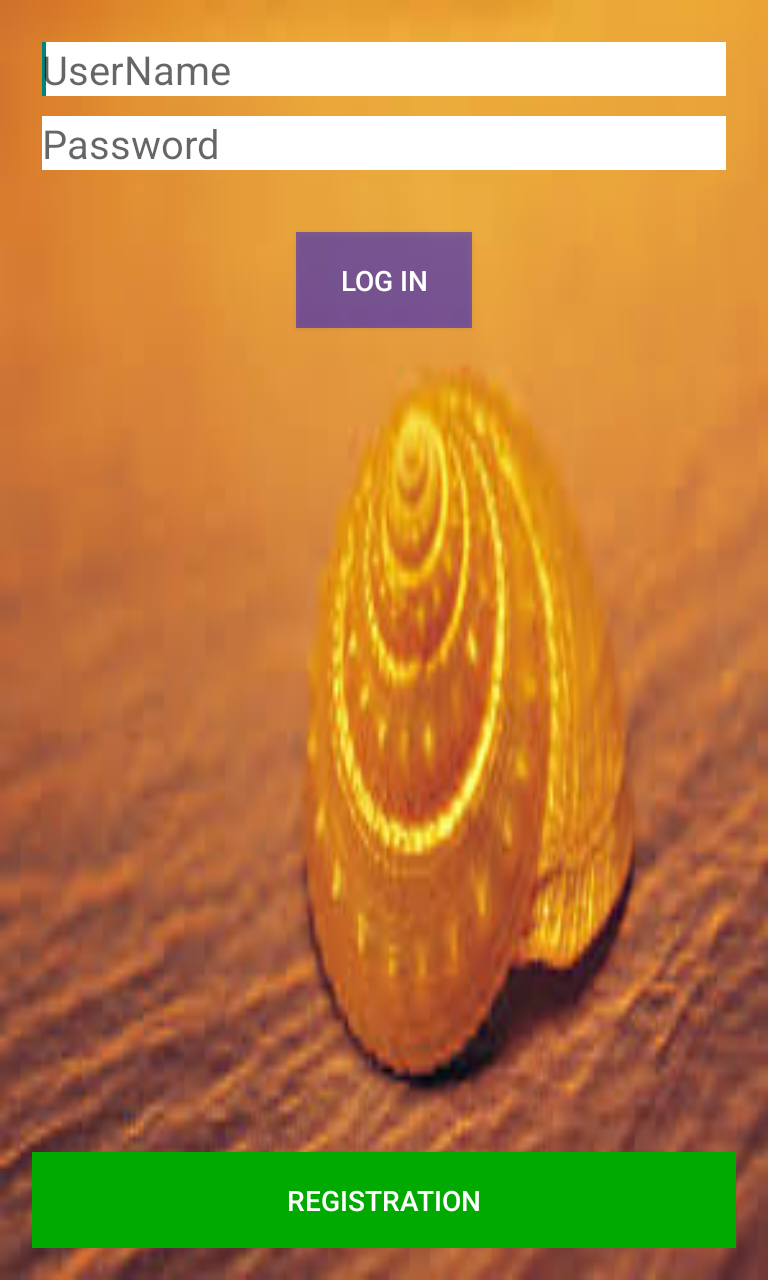
Repository: HarithaAmmuHari/Database
Layout: Database/res/layout/activity_login.xml
The author's editor kept a copy of each file at every save. The layout is drawn from the files as they stood at one save, then again after the next save.
It is drawn on a 768 x 1280 px phone screen (xhdpi) without system bars, with theme AppTheme; the app's code is not run.

Above is the layout before, as saved 2015-05-12 05:52:57.

After the next save:
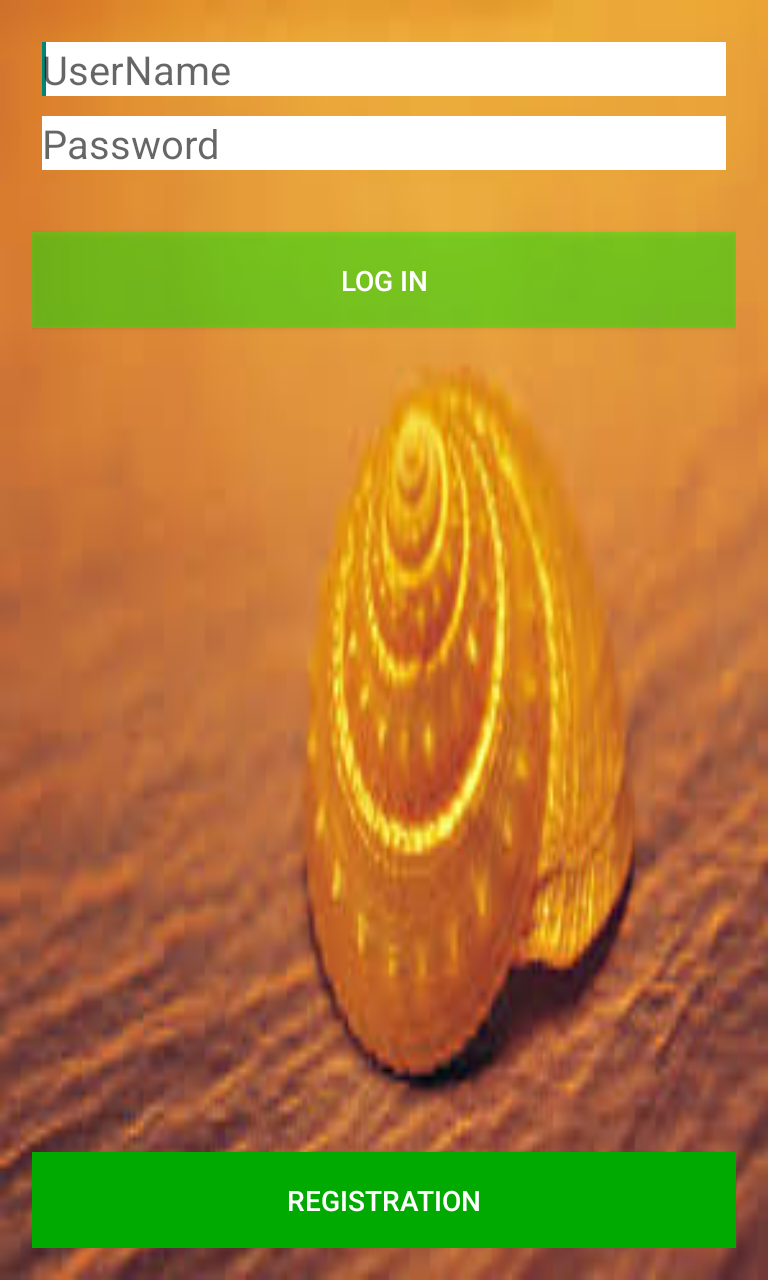
Saved 33 s later.
--- a/Database/res/layout/activity_login.xml
+++ b/Database/res/layout/activity_login.xml
@@ -48,11 +48,11 @@
     <Button
         android:id="@+id/button1"
         android:layout_below="@+id/editPass"
-        android:layout_width="wrap_content"
+        android:layout_width="match_parent"
         android:layout_height="wrap_content"
         android:layout_centerHorizontal="true"
         android:layout_marginTop="26dp"
-        android:background="#700000ff"
+        android:background="#7000ff00"
         android:text="Log in"
         android:onClick="loginUser"
         android:textColor="#ffffff" />
